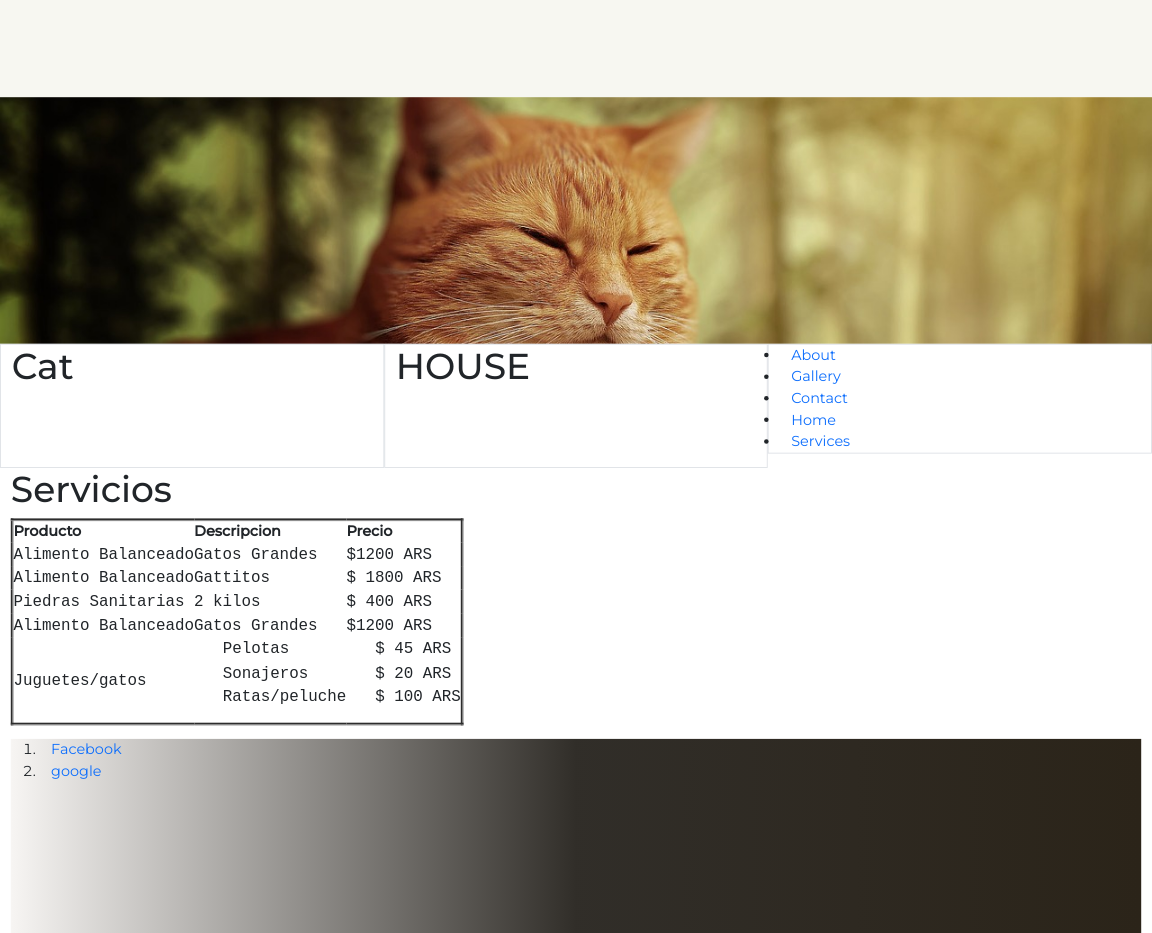
Repository: raul4264/final
Page: Services.html
These files come from the project's save history. The page is drawn as it stood at one moment and after the next save; the edit follows.
The browser window is 1280 px wide. The pictures show the whole page, at 90% of full size.

Above is the page before, as saved 2021-04-02 11:55:44.

After the next save:
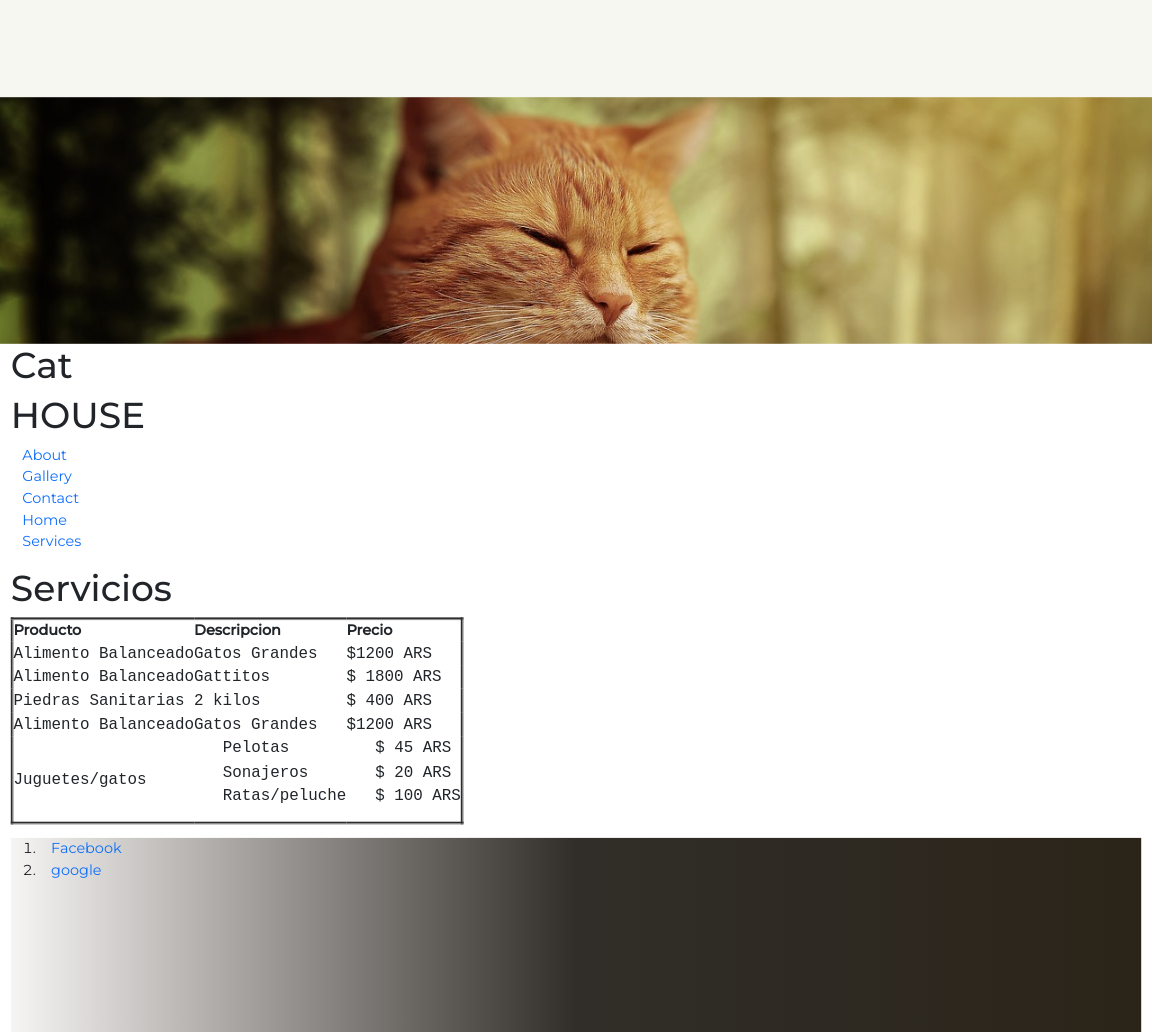
Saved 85 s later.
--- a/Services.html
+++ b/Services.html
@@ -57,13 +57,13 @@
 <div class="container-fluid">
 <div class="row">
 
-    <div class="col border ">
+    <div class="col color1 ">
         <h1>Cat</h1>
     </div>
-    <div class="col border">
+    <div class="colcolor2">
         <h1 class="h1">HOUSE</h1>
     </div>
-    <ul class="col border">
+    <ul class="col color3">
         <li class=""><a href="about.html">About</a></li>
         <li class=""><a href="Gallery.html">Gallery</a></li>
         <li class=""><a href="Contact.html">Contact</a></li>

After the save that followed:
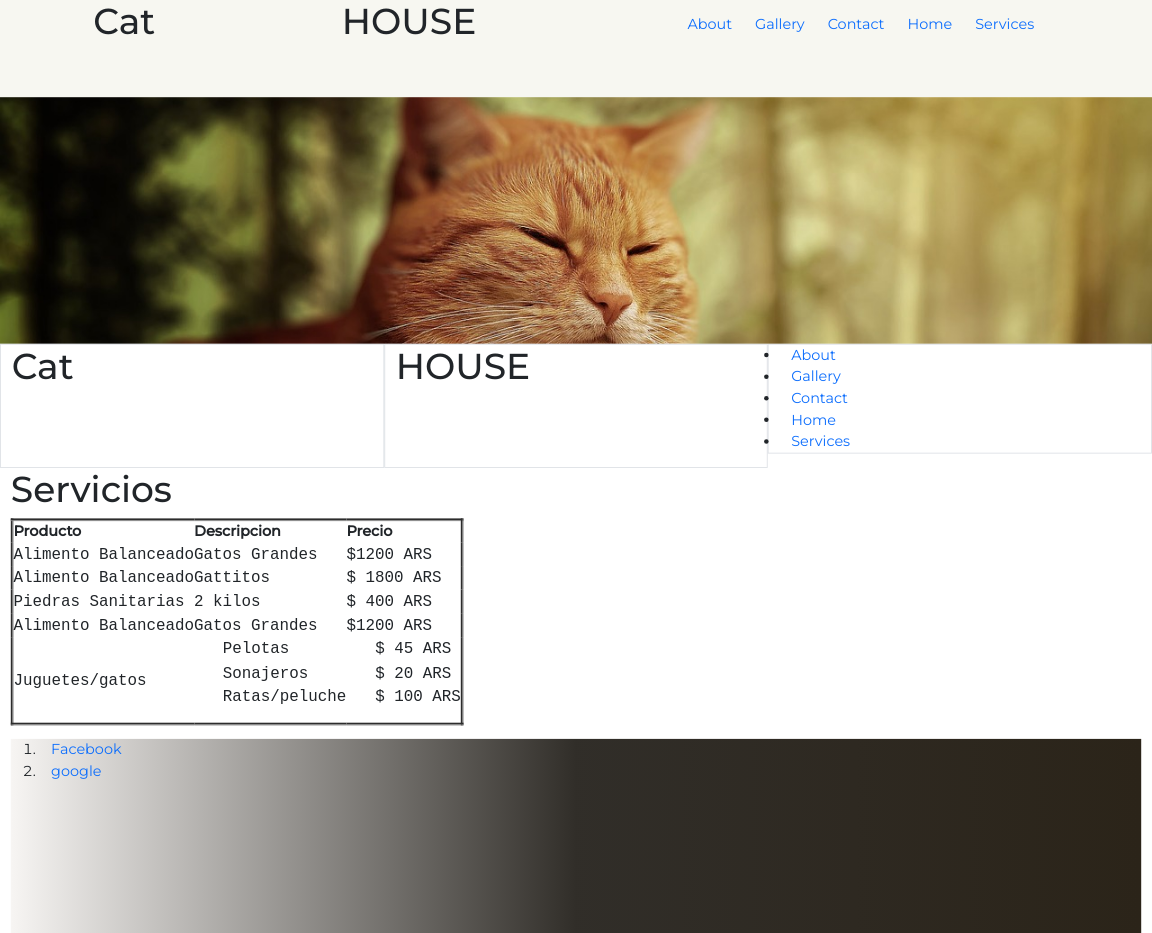
Saved 21 s later.
--- a/Services.html
+++ b/Services.html
@@ -26,7 +26,7 @@
 
                 <nav id="nav">
 
-                  <!--   <div class="item1">
+                    <div class="item1">
                         <h1>Cat</h1>
                     </div>
 
@@ -41,7 +41,7 @@
                         <li class=""><a href="Contact.html">Contact</a></li>
                         <li class=""><a href="index.html">Home</a></li>
                         <li class=""><a href="Services.html ">Services</a></li>
-                    </ul> -->
+                    </ul>
                 </nav>
             </div>
 
@@ -57,13 +57,13 @@
 <div class="container-fluid">
 <div class="row">
 
-    <div class="col color1 ">
+    <div class="col border ">
         <h1>Cat</h1>
     </div>
-    <div class="colcolor2">
+    <div class="col border">
         <h1 class="h1">HOUSE</h1>
     </div>
-    <ul class="col color3">
+    <ul class="col border">
         <li class=""><a href="about.html">About</a></li>
         <li class=""><a href="Gallery.html">Gallery</a></li>
         <li class=""><a href="Contact.html">Contact</a></li>
